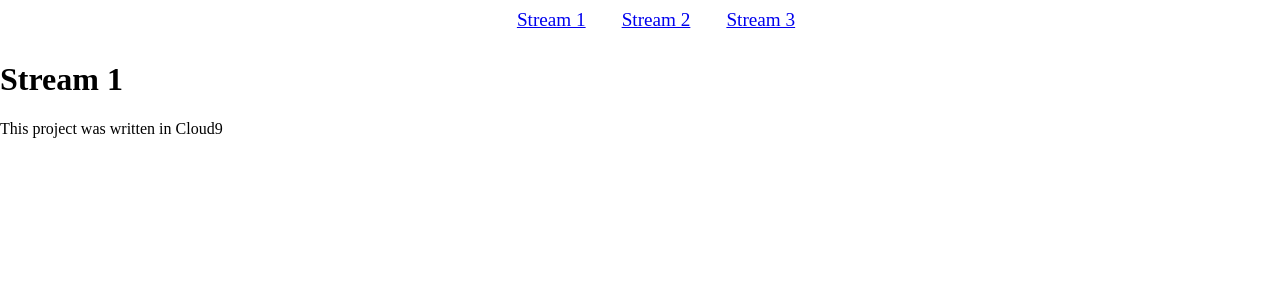
Repository: malc-u/trial
Page: Stream1.html
The author's editor kept a record of every edit. The page is drawn from the files as they stood at one moment, then again after the next edit.
The browser window is 1280 px wide. The pictures show the whole page.

Above is the page before.

### Stream1.html
<!DOCTYPE html>
<html>
  <head>
    <link rel="stylesheet" href="css/style.css" type="text/css" />
    <title>Stream 1</title>

  </head>
  <nav>
      <ul>
          <li><a href= "Stream1.html">Stream 1</a></li>
          <li><a href="stream2.html">Stream 2</a></li>
          <li><a href="stream3.html">Stream 3</a></li>
      </ul>
  </nav>
  <body>
      <h1>Stream 1</h1>
      <p>This project was written in Cloud9</p>

  </body>
</html>

### CSS/style.css
body {
    margin: 0;
    padding: 0;
font: ;ont-family: "Oswald", sans-serif;
}

nav ul {
    list-style: none;
    color:; #4a4a4f;
    text-align: center;
    margin: 0;
    padding: 0;
}

nav li {
    font-size: 1.2em;
    line-height: 40px;
    height: 40px;
    display: inline-block;
    margin-left: 2.5%
}
nav a

After the next edit:
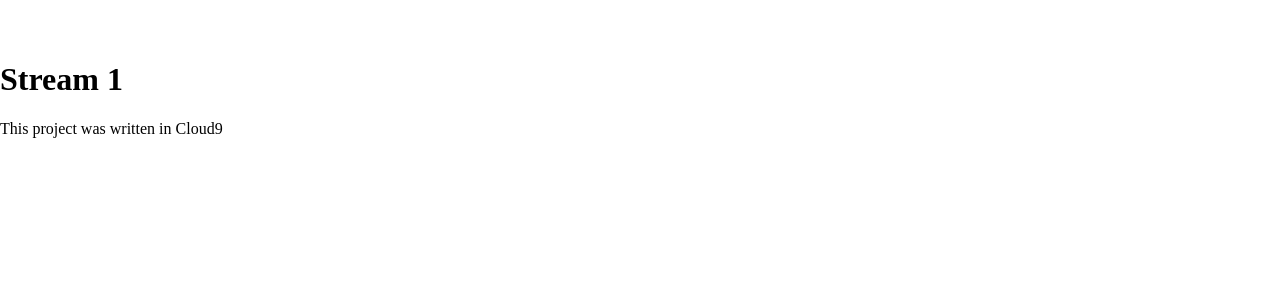
The edit:
--- a/CSS/style.css
+++ b/CSS/style.css
@@ -19,4 +19,14 @@
     display: inline-block;
     margin-left: 2.5%
 }
-nav a
+
+nav a{
+    text-decoration: none;
+    color: #ffffff;
+    display: block;
+}
+
+nav a:hover {
+    background-color: #ffffff;
+    color: #4a4a4f;
+}
